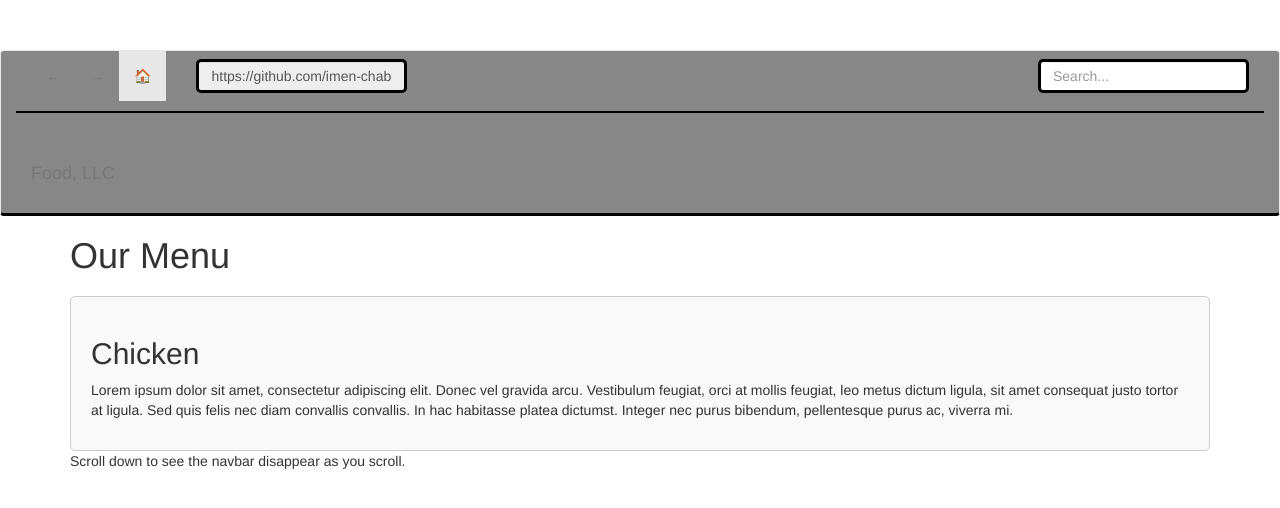
Repository: imen-chabchoub/coursera-test1
Page: mod3-solution/index.html
The author's editor kept a copy of each file at every save. The page is drawn from the files as they stood at one save, then again after the next save.
The browser window is 1280 px wide. The pictures show the whole page.

Above is the page before, as saved 2025-02-12 14:48:44.

After the next save:
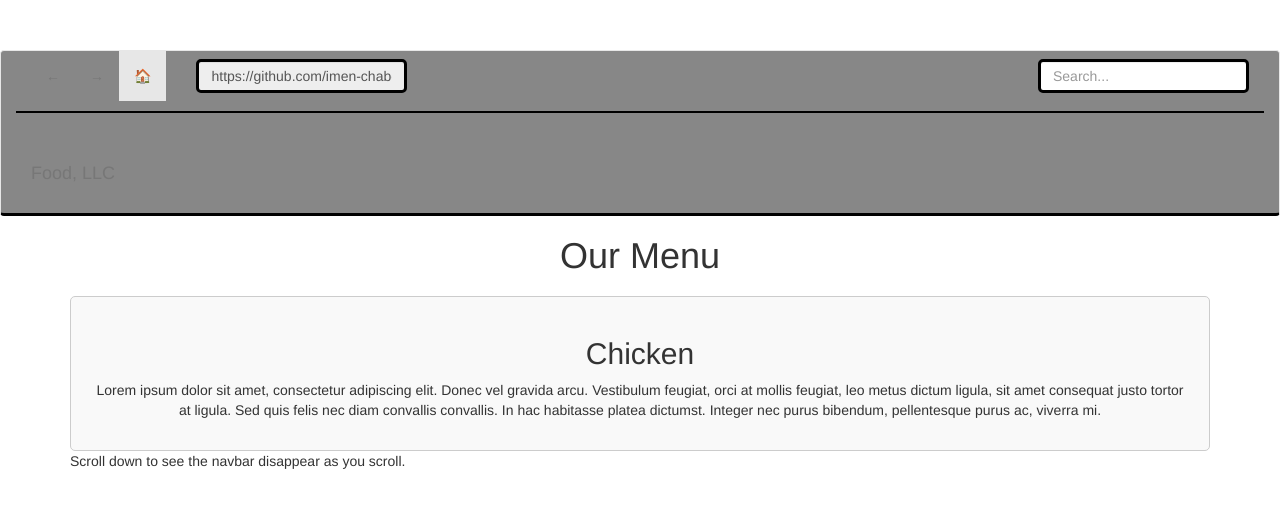
Saved 2 min 1 s later.
--- a/mod3-solution/css/style.css
+++ b/mod3-solution/css/style.css
@@ -41,3 +41,9 @@ body {
     border-radius: 5px;
     background-color: #f9f9f9;
 }
+.container h1{
+    text-align: center;
+}
+.menu-section{
+    text-align: center;
+}
